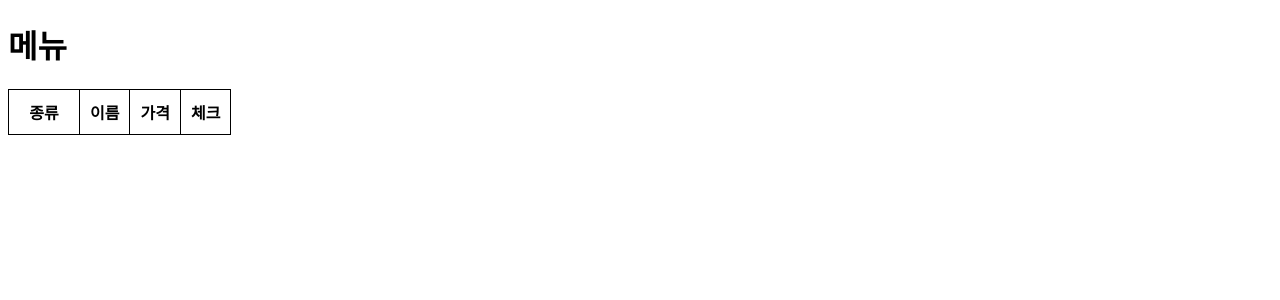
Repository: chuhj1226/servlet
Page: http://localhost/2_JSP/views/04_pizzaOrderForm.jsp
An editor plug-in stored every save of this project. The page is shown before and after the next save, followed by the edit.
The browser window is 1280 px wide. The pictures show the whole page.
The page is served by Tomcat 9.

Above is the page before, as saved 2021-10-05 10:19:50.

### workspace/2_JSP/WebContent/views/04_pizzaOrderForm.jsp
<%@ page language="java" contentType="text/html; charset=UTF-8"
    pageEncoding="UTF-8"%>
<!DOCTYPE html>
<html>
<head>
<meta charset="UTF-8">
<title>피자 주문하기</title>
<style>
	table {
		border : 1px solid black;
		border-collapse : collapse;
	}

	th, td {
		border : 1px solid black;
		padding : 10px;
		text-align : center;
	}
</style>
</head>
<body>
	<h1>메뉴</h1>
	<form action="/2_JSP/confirmPizza" method="post">
		<table>
			<tr>
				<th width="50">종류</th>
				<th>이름</th>
				<th>가격</th>
				<th>체크</th>
			</tr>
		</table>
	</form>

</body>
</html>

After the next save:
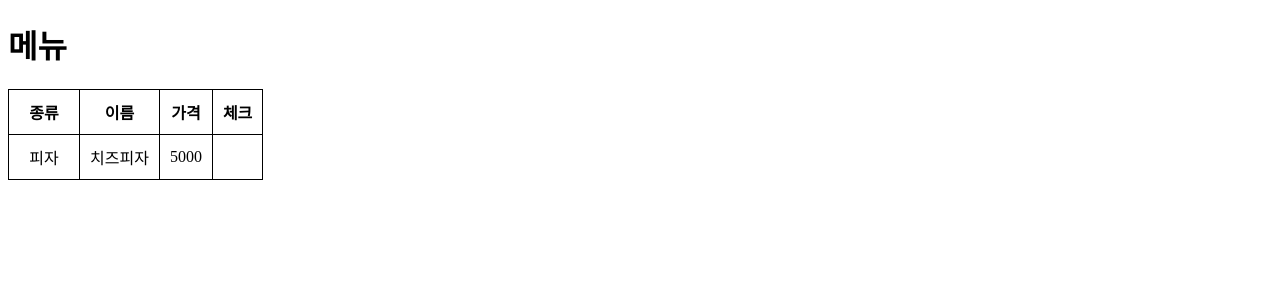
Saved 44 s later.
--- a/workspace/2_JSP/WebContent/views/04_pizzaOrderForm.jsp
+++ b/workspace/2_JSP/WebContent/views/04_pizzaOrderForm.jsp
@@ -28,6 +28,11 @@
 				<th>가격</th>
 				<th>체크</th>
 			</tr>
+			<tr>
+				<td rowspan="5">피자</td>
+				<td>치즈피자</td>
+				<td>5000</td>
+			</tr>
 		</table>
 	</form>
 
